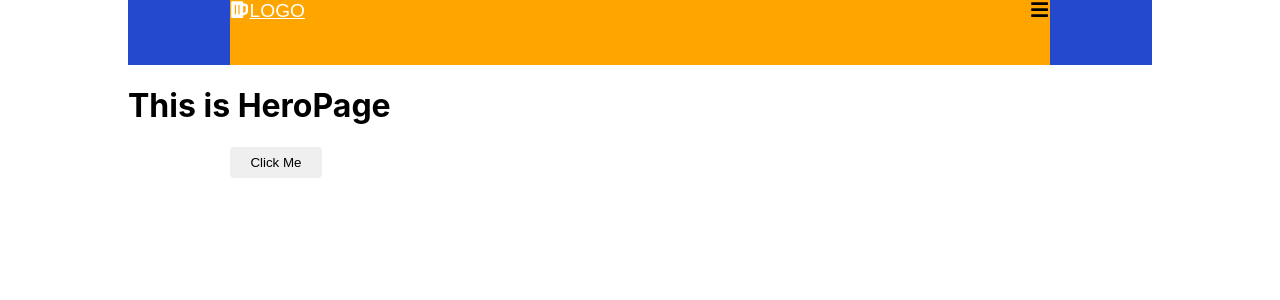
Repository: ajaygc95/Django-and-react
Page: / (app in galamart_sell/reactfrontend/)
These files come from the project's save history. The page is drawn as it stood at one moment and after the next save; the edit follows.
The browser window is 1280 px wide. The pictures show the whole page.
The project was rebuilt for these pictures with package versions that can differ from the ones it lists, and the page was loaded fresh each time. Also part of the build but not shown: galamart_sell/reactfrontend/src/components/Button.js, galamart_sell/reactfrontend/src/components/About.js, galamart_sell/reactfrontend/src/components/Shop.css, galamart_sell/reactfrontend/src/components/Shop.js, galamart_sell/reactfrontend/src/components/ItemDetail.js.

Above is the page before, as saved 2021-04-07 22:16:41.

After the next save:
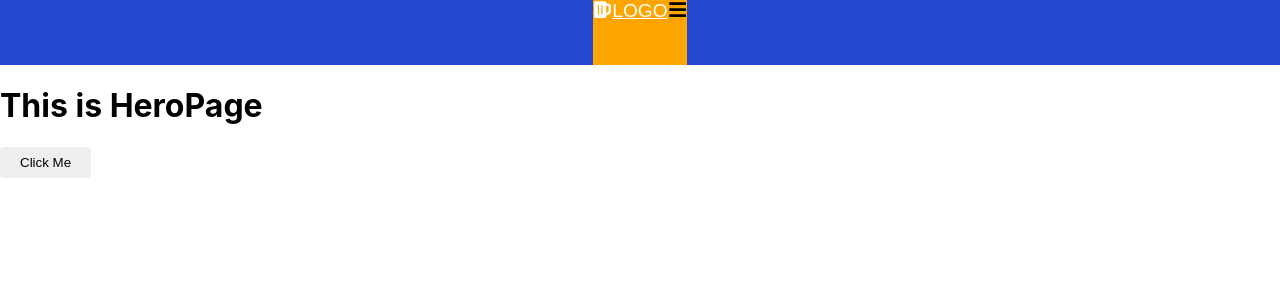
Saved 11 s later.
--- a/galamart_sell/reactfrontend/src/components/Nav.css
+++ b/galamart_sell/reactfrontend/src/components/Nav.css
@@ -21,7 +21,6 @@
 
 .container {
   z-index: 1;
-  width: 80%;
   margin-left: auto;
   margin-right: auto;
 }
